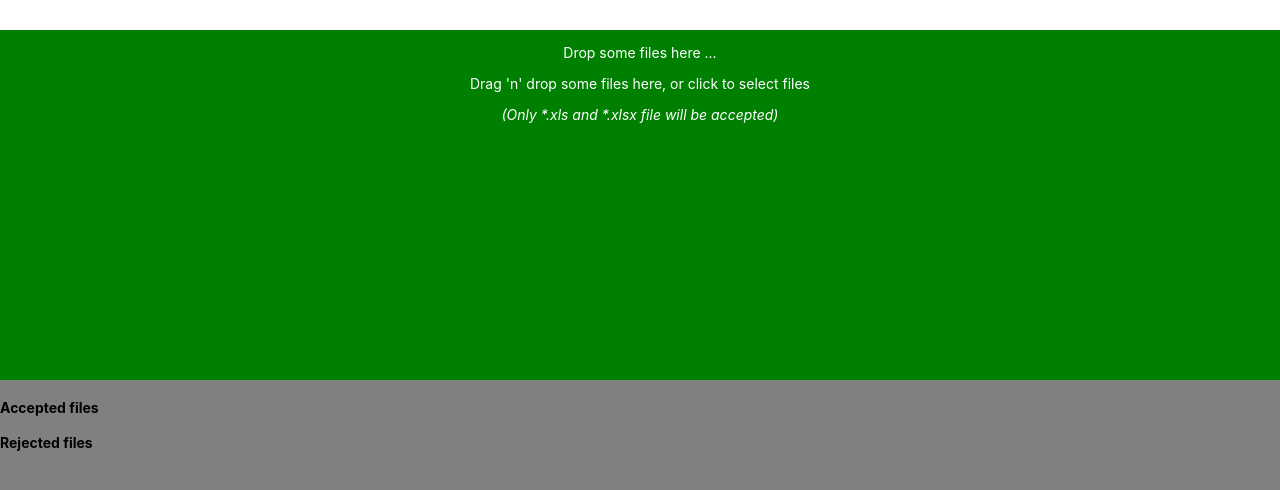
Repository: enigmawxy/abi2020
Page: /
The author's editor kept a copy of each file at every save. The page is drawn from the files as they stood at one save, then again after the next save.
The browser window is 1280 px wide. The pictures show the whole page.
The page's requests for data from a server got no answer. The project was rebuilt for these pictures with package versions that can differ from the ones it lists, and the page was loaded fresh each time. No one was signed in, and anything a server would have sent is missing. Also part of the build but not shown: src/components/login/login.scss, src/components/login/login.jsx, src/common/header.scss, src/common/header.jsx, src/common/footer.scss, src/common/footer.jsx, src/components/register/content.scss, src/components/register/content.jsx and 3 more.

Above is the page before, as saved 2020-08-19 10:50:19.

### src/App.js
import React from 'react';
import './App.css';
import Login from './components/login/login'
import Register from './components/register/register';
import Accept from './common/Accept';
import Previews from './common/Previews'

function App() {
  return (
    <div className="App">
      <Accept/>
    </div>
  );
}

export default App;

### src/common/Accept.jsx
import React, { useState, useEffect } from 'react';
import {useDropzone} from 'react-dropzone';
import './Accept.scss'

function Accept(props) {
  const [curr, setFile] = useState('')
  const [currFile, setCurrFile] = useState(null)

  const {
    acceptedFiles,
    fileRejections,
    getRootProps,
    getInputProps,
    isDragActive,
    isDragAccept,
    isDragReject
  } = useDropzone({
    accept: ".csv,application/vnd.ms-excel,application/vnd.openxmlformats-officedocument.spreadsheetml.sheet"
  });

  useEffect(()=>{
    console.log(curr, currFile)
    let serverURL = "http://localhost:9093/manage/bi/uploadExcelTest"
    const xhr = new XMLHttpRequest();
    const fd = new FormData();
    xhr.onreadystatechange = function() {
      if (xhr.readyState === 4 && xhr.status === 200) {
          console.log(xhr.responseText)
      }
    };

    xhr.upload.addEventListener("progress", function(event) {
      if(event.lengthComputable){
          //setProgress(Math.ceil(event.loaded * 100 / event.total) + "%")
      }
    }, false);

    fd.append("file", currFile);
    xhr.open("POST", serverURL, true);
    xhr.send(fd);
  }, [curr])

  const acceptedFileItems = acceptedFiles.map(file => {
    // 上传文件, 下面几行代码是为了解决重复上传的问题，因为拖拽时
    // 这个功能不断被调用，文件都是同一个文件所以使用这两个变量来实现
    // 文件上传的动作在useEffect副作用中执行。
    if(curr == '') {
      setFile(file.name)
      setCurrFile(file)
    }
    else {
      if(curr !== file.name) {
        setFile(file.name)
        setCurrFile(file)
      }
    }

    return (
      <li key={file.path}>
        {file.path} - {file.size} bytes
      </li>
    )
  });

  const fileRejectionItems = fileRejections.map(({ file, errors }) => {
    console.log(file);
    return (
      <li key={file.path}>
        {file.path} - {file.size} bytes
        <ul>
          {errors.map(e => (
            <li key={e.code}>{e.message}</li>
          ))}
        </ul>
      </li>
  )});

  return (
    <section className="container">
      <div {...getRootProps({ className: 'dropzone' })}>
        <input {...getInputProps()} />
        {isDragAccept && (<p>All files will be accepted</p>)}
        {isDragReject && (<p>Some files will be rejected</p>)}
        {!isDragActive && (<p>Drop some files here ...</p>)}
        <p>Drag 'n' drop some files here, or click to select files</p>
        <em>(Only *.xls and *.xlsx file will be accepted)</em>
      </div>
      <aside>
        <h4>Accepted files</h4>
        <ul>{acceptedFileItems}</ul>
        <h4>Rejected files</h4>
        <ul>{fileRejectionItems}</ul>
      </aside>
    </section>
  );
}

export default Accept

### src/common/Accept.scss
.container {
    width: 100%;
    height: 100%;
    display: flex;
    flex-direction: column;
    .dropzone {
        height: 350px;
        margin-top: 30px;
        background: green;
        text-align: center;
        p, em {
            color: #fff;
        }
    }
    aside {
        flex: 1;
        background: gray;
    }
}

.progress-bar {
    border: 1px solid #000;
    .progress {
        width: 0;
        background: #DEDEDE;
        height: 20px;
    }
}

Loaded but not shown: src/index.js (common file); src/index.css (common file); src/serviceWorker.js (common file); src/App.css (common file)

After the next save:
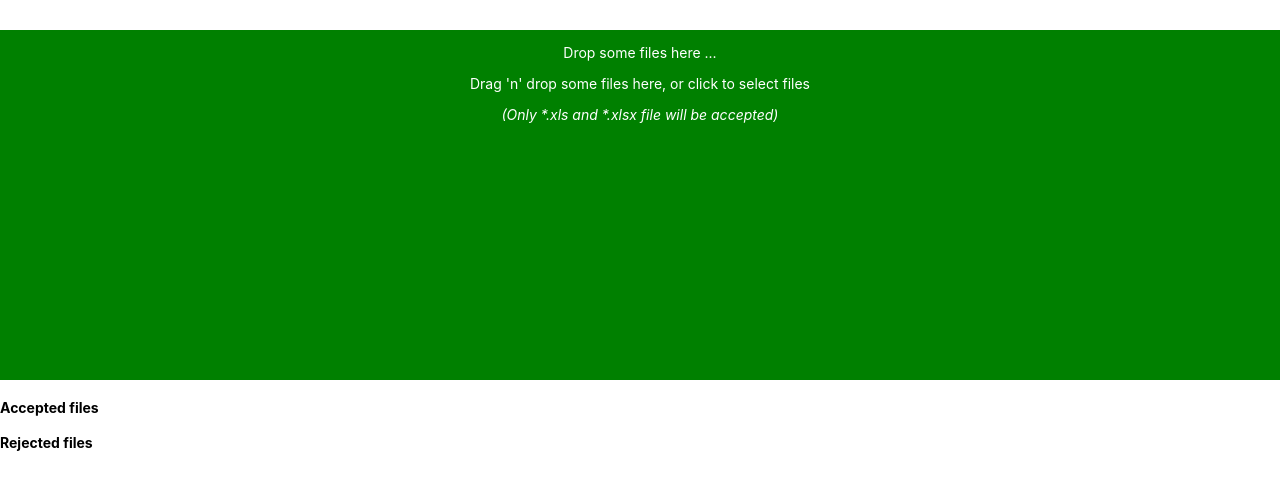
Saved 18 s later.
--- a/src/common/Accept.scss
+++ b/src/common/Accept.scss
@@ -14,7 +14,7 @@
     }
     aside {
         flex: 1;
-        background: gray;
+        background: #fff;
     }
 }
 
